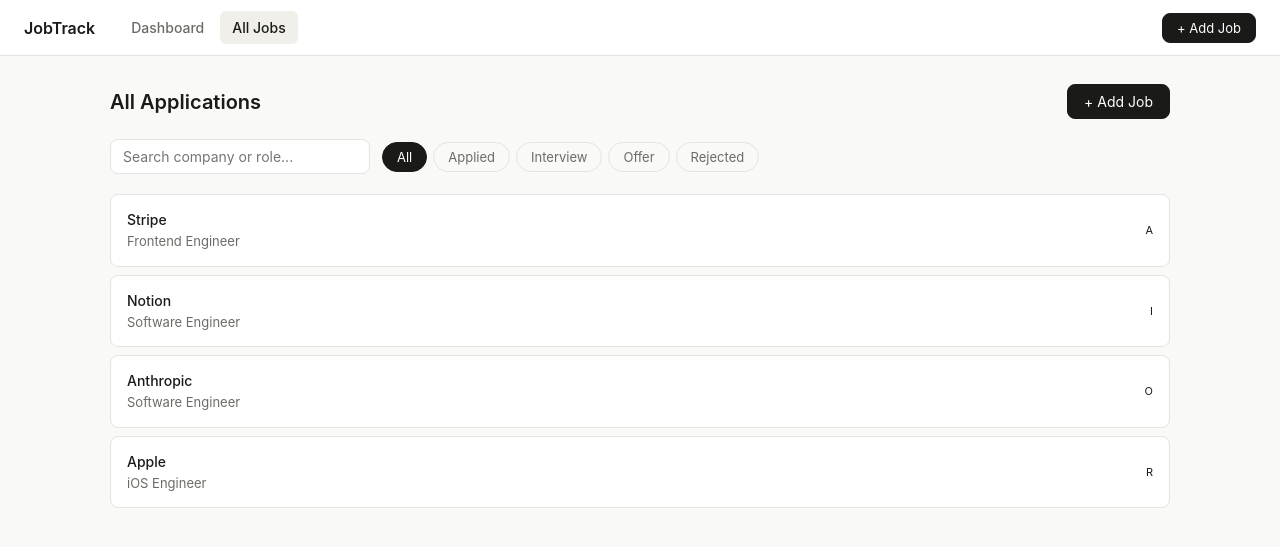
Repository: adtm0/jobtracker
Page: /jobs (app in frontend/)
An editor plug-in stored every save of this project. The page is shown before and after a run of saves, followed by the edit.
The browser window is 1280 px wide. The pictures show the whole page.
The project was rebuilt for these pictures with package versions that can differ from the ones it lists, and the page was loaded fresh each time. Also part of the build but not shown: frontend/vite.config.js, frontend/src/pages/Login.jsx, frontend/src/pages/Register.jsx, frontend/src/pages/Dashboard.jsx, frontend/src/pages/JobForm.jsx.

Above is the page before, as saved 2026-04-19 20:24:24.

### frontend/src/main.jsx
import { StrictMode } from "react";
import React from "react";
import ReactDOM from 'react-dom/client'
import { BrowserRouter } from 'react-router-dom'
import { createRoot } from "react-dom/client";
import "./index.css";
import App from "./App.jsx";

createRoot(document.getElementById("root")).render(
  <StrictMode>
    <BrowserRouter>
      <App />
    </BrowserRouter>
  </StrictMode>,
);

### frontend/src/index.css
*, *::before, *::after {
  box-sizing: border-box;
  margin: 0;
  padding: 0;
}

body {
  font-family: -apple-system, BlinkMacSystemFont, 'Segoe UI', sans-serif;
  background: #f9f9f8;
  color: #1a1a18;
  font-size: 14px;
  line-height: 1.5;
}

main {
  max-width: 1100px;
  margin: 0 auto;
  padding: 28px 20px;
}

input, select, textarea {
  width: 100%;
  padding: 8px 12px;
  border: 1px solid #e5e4df;
  border-radius: 8px;
  font-size: 14px;
  font-family: inherit;
  outline: none;
}

input:focus, select:focus, textarea:focus {
  border-color: #185FA5;
}

button {
  cursor: pointer;
  font-family: inherit;
  font-size: 14px;
  border-radius: 8px;
  border: 1px solid #e5e4df;
  background: #fff;
  padding: 8px 16px;
}

button:hover {
  background: #f9f9f8;
}

.btn-primary {
  background: #1a1a18;
  color: #fff;
  border-color: #1a1a18;
}

.btn-primary:hover {
  background: #333;
}

label {
  display: block;
  font-size: 12px;
  font-weight: 500;
  color: #6b6b67;
  margin-bottom: 5px;
}

### frontend/src/App.jsx
import {Routes, Route} from 'react-router-dom'
import Login from './pages/Login'
import Register from './pages/Register'
import Dashboard from './pages/Dashboard'
import Jobs from './pages/Jobs'
import JobForm from './pages/JobForm'
import Navbar from './components/Navbar'

function Layout({ children }) {
  return (
    <>
      <Navbar />
      <main>
        {children}
      </main>
    </>
  );
}

function App() {

  return (
    <Routes>
      <Route path='/login' element={<Login />} />
      <Route path='/register' element={<Register />} />
      <Route path='/dashboard' element={<Layout><Dashboard /></Layout>} />
      <Route path='/jobs' element={<Layout><Jobs /></Layout>} />
      <Route path='/jobs/new' element={<Layout><JobForm /></Layout>} />
    </Routes>
  )
}

export default App

### frontend/src/pages/Jobs.jsx
import { useState } from "react";
import { Link } from "react-router-dom";

const STATUSES = ["all", "applied", "interview", "offer", "rejected"];

const MOCK_JOBS = [
  {
    id: 1,
    company: "Stripe",
    role: "Frontend Engineer",
    status: "applied",
    date_applied: "2026-04-14",
    notes: "Referral from Jane",
  },
  {
    id: 2,
    company: "Notion",
    role: "Software Engineer",
    status: "interview",
    date_applied: "2026-04-08",
    notes: "Technical round next week",
  },
  {
    id: 3,
    company: "Anthropic",
    role: "Software Engineer",
    status: "offer",
    date_applied: "2026-03-30",
    notes: "Deadline Apr 25",
  },
  {
    id: 4,
    company: "Apple",
    role: "iOS Engineer",
    status: "rejected",
    date_applied: "2026-03-20",
    notes: "",
  },
];

const BADGE_COLORS = {
  applied: { bg: "#E6F1FB", color: "#185FA5" },
  interview: { bg: "#FAEEDA", color: "#854F0B" },
  offer: { bg: "#EAF3DE", color: "#3B6D11" },
  rejected: { bg: "#FCEBEB", color: "#A32D2D" },
};
export default function Jobs() {
  const [filter, setFilter] = useState("all");
  const [search, setSearch] = useState("");

  const filtered = MOCK_JOBS.filter(
    (j) => filter === "all" || j.status === filter,
  ).filter(
    (j) =>
      j.company.toLowerCase().includes(search.toLowerCase()) ||
      j.role.toLowerCase().includes(search.toLowerCase()),
  );

  return (
    <div>
      <div
        style={{
          display: "flex",
          justifyContent: "space-between",
          alignItems: "center",
          marginBottom: 20,
        }}
      >
        <h2 style={{ fontSize: 20, fontWeight: 600 }}>All Applications</h2>
        <Link to="/jobs/new" style={{ textDecoration: "none" }}>
          <button className="btn-primary">+ Add Job</button>
        </Link>
      </div>

      {/*search and filters */}
      <div
        style={{
          display: "flex",
          gap: 12,
          marginBottom: 20,
          alignItems: "center",
        }}
      >
        <input
          placeholder="Search company or role..."
          value={search}
          onChange={(e) => setSearch(e.target.value)}
          style={{ maxWidth: 260 }}
        />
        <div style={{ display: "flex", gap: 6 }}>
          {STATUSES.map((s) => (
            <button
              key={s}
              onClick={() => setFilter(s)}
              style={{
                padding: "6px 14px",
                borderRadius: 20,
                fontSize: 13,
                border: "1px solid",
                borderColor: filter === s ? "#1a1a18" : "#e5e4df",
                background: filter === s ? "#1a1a18" : "transparent",
                color: filter === s ? "#fff" : "#6b6b67",
              }}
            >
              {s.charAt(0).toUpperCase() + s.slice(1)}
            </button>
          ))}
        </div>
      </div>

      {/* job list */}
      {filtered.length === 0 ? (
        <div
          style={{
            textAlign: "center",
            padding: "60px 20px",
            color: "#9d9d99",
          }}
        >
          <p style={{ fontSize: 16, marginBottom: 6 }}>No applications found</p>
          <p>Try adjusting your filters</p>
        </div>
      ) : (
        <div style={{display: 'flex', flexDirection: 'column',gap: 8}}>
          {filtered.map(job => (
            <div
              key={job.id}
              style={{
                background: '#fff',
                border: '1px solid #e5e4df',
                borderRadius: 8,
                padding: '14px 16px',
                display: 'flex',
                alignItems: 'center',
                gap: 12,
                cursor: 'pointer',
              }}
            >
              <div style={{flex: 1}}>
                <div style={{fontWeight: 500}}>{job.company}</div>
                <div style={{color: '#6b6b67', fontSize: 13, marginTop: 2}}>{job.role}</div>
              </div>
              <span style={{
                fontSize: 11
              }}>
                {job.status.charAt(0).toUpperCase()}
              </span>
            </div>
          ))}
        </div>
      )}
    </div>
  );
}

### frontend/src/components/Navbar.jsx
import { NavLink } from "react-router-dom";

export default function Navbar() {
  return (
    <nav
      style={{
        background: "#fff",
        borderBottom: "1px solid #e5e4df",
        padding: "0 24px",
        height: 56,
        display: "flex",
        alignItems: "center",
        justifyContent: "space-between",
        position: "sticky",
        top: 0,
        zIndex: 100,
      }}
    >
      <div style={{ display: "flex", alignItems: "center", gap: 4 }}>
        <span style={{ fontWeight: 600, fontSize: 16, marginRight: 20 }}>
          JobTrack
        </span>
        <NavLink to="/dashboard" style={linkStyle}>
          Dashboard
        </NavLink>
        <NavLink to="/jobs" style={linkStyle}>
          All Jobs
        </NavLink>
      </div>
      <NavLink to="/jobs/new" style={{ textDecoration: "none" }}>
        <button
          className="btn-primary"
          style={{ fontSize: 13, padding: "6px 14px" }}
        >
          + Add Job
        </button>
      </NavLink>
    </nav>
  );
}

const linkStyle = ({ isActive }) => ({
  textDecoration: "none",
  fontSize: 14,
  fontWeight: 500,
  padding: '6px 12px',
  borderRadius: 6,
  color: isActive ? '#1a1a18' : '#6b6b67',
  background: isActive ? '#f0efea' : 'transparent'
});

After the next 2 saves:
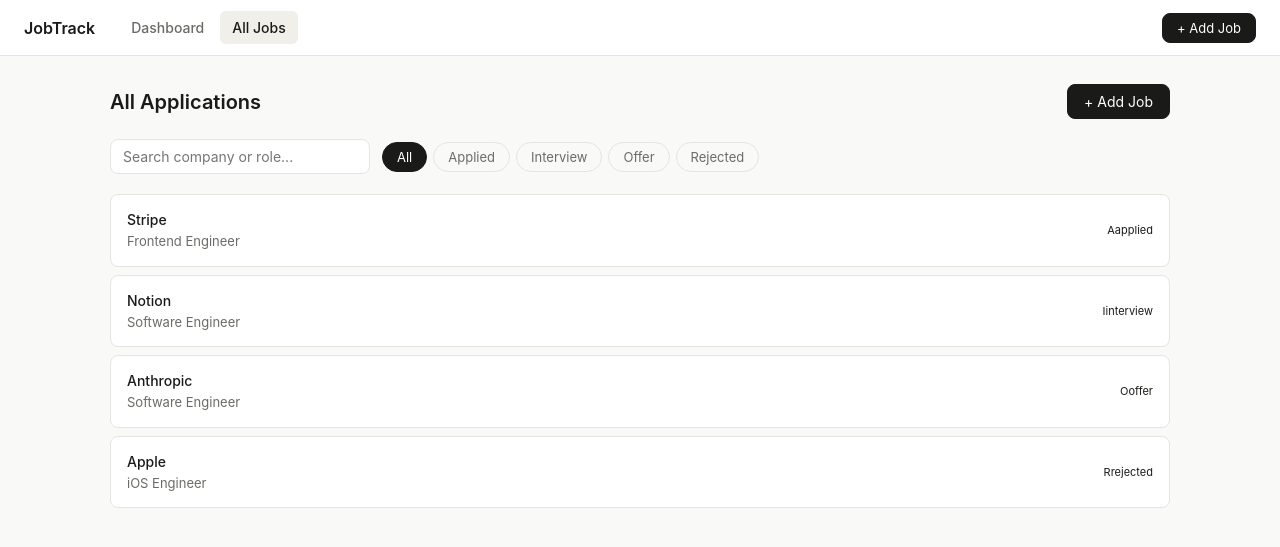
The 2 saves are shown as one change because they came seconds apart.
The last was saved 8 s later.
--- a/frontend/src/pages/Jobs.jsx
+++ b/frontend/src/pages/Jobs.jsx
@@ -143,7 +143,7 @@
               <span style={{
                 fontSize: 11
               }}>
-                {job.status.charAt(0).toUpperCase()}
+                {job.status.charAt(0).toUpperCase() + job.status}
               </span>
             </div>
           ))}
